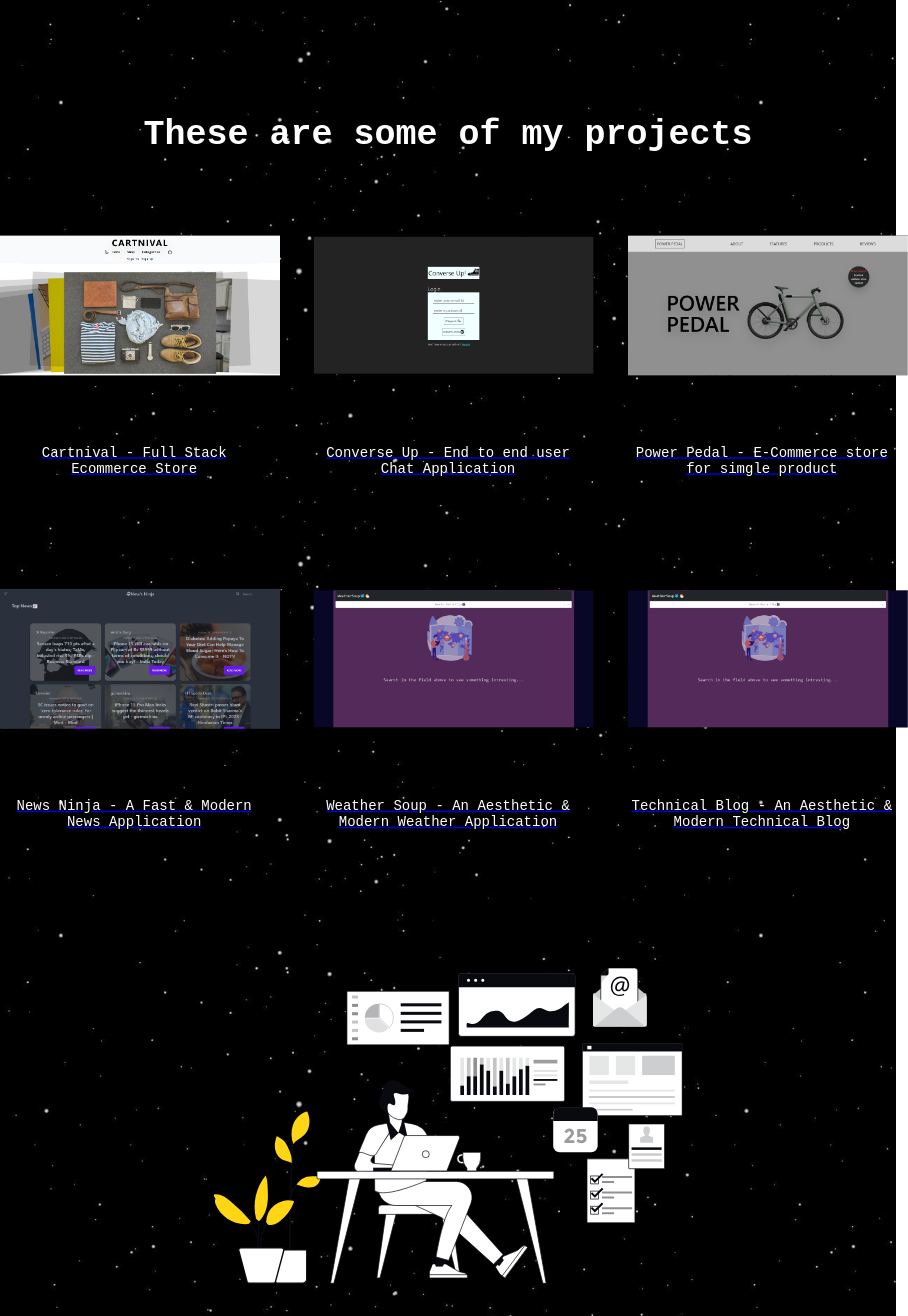
Repository: punitbathija/portfolio
Page: index.html
An editor plug-in stored every save of this project. The page is shown before and after the next save, followed by the edit.
The browser window is 1280 px wide. The page is 1297 px wide, so the pictures cover 1297 px, including what lies to the right of the window. The pictures show the part of the page from y = 626 to 2506 px (the page is 3209 px tall), at 70% of full size.
Some web libraries are served in a nearby version.

Above is the page before, as saved 2023-05-09 18:01:21.

### index.html
<!DOCTYPE html>
<html lang="en">
<head>
    <meta charset="UTF-8">
    <meta http-equiv="X-UA-Compatible" content="IE=edge">
    <meta name="viewport" content="width=device-width, initial-scale=1.0">
    <title>Portfolio</title>
    <link rel="stylesheet" href="style.css">
    <link rel="stylesheet" href="https://use.fontawesome.com/releases/v5.8.2/css/all.css" integrity="sha384-oS3vJWv+0UjzBfQzYUhtDYW+Pj2yciDJxpsK1OYPAYjqT085Qq/1cq5FLXAZQ7Ay" crossorigin="anonymous">
    <link href="https://fonts.googleapis.com/css?family=Poppins:200i,300,400&amp;display=swap" rel="stylesheet">
</head>
<body>

<nav id="navbar">
        <ul id="navul">
            <li>
                <a href="#welcome-section" >About</a>
            </li>
            <li>
                <a href="#projects">Projects</a>
            </li>
            <li>
                <a href="#contact">Connect</a>
            </li>
        </ul>
    </nav>
    <section id="welcome-section">
        <div class="divide">
        <img src="./assets/design.gif" alt=""  class="dev">
        <h1>Hi,<br>
            I'm <span class="p">P</span>unit</h1>
    </div>
        <div class="hero">
        <img src="./assets/reshot-icon-code-X9J28UENTL.svg" alt="" class="code">
        <p id="ab"> A front-end developer</p>
        </div>
        <p class="fact" id="fact">⚡Amazing Fact my first words were <span class="cyan">" <button class="tap" id="reveal"></span>Tap to reveal</button> "</p>
    </section>
    <section id="projects">
        <h2 id="projects-header">These are some of my projects</h2>
        <div id="project-grid">
            <a href="https://cartnival.netlify.app/" target="_blank" class="project-tile">
                <img class="project-image" src="./assets/cartnival.png" alt="project">
             <p class="project-title">
                Cartnival - Full Stack Ecommerce Store</p>
            </a>
            <a href="https://converseup.netlify.app/" target="_blank" class="project-tile">
                <img class="project-image" src="./assets/Coverse Uo.png" alt="project">
             <p class="project-title">
                Converse Up - End to end user Chat Application</p>
            </a>
            <a href="https://power-pedal.vercel.app/" target="_blank" class="project-tile">
                <img class="project-image" src="./assets/powerpedal.png" alt="project">
             <p class="project-title">
                Power Pedal - E-Commerce store for simgle product</p>
            </a>

            <a href="https://news-ninja.vercel.app/" target="_blank" class="project-tile">
                <img class="project-image" src="./assets/newsninja'.png" alt="project">
             <p class="project-title">
                News Ninja - A Fast & Modern News Application</p>
            </a>


            <a href="https://weathersoup.netlify.app/" target="_blank" class="project-tile">
                <img class="project-image" src="./assets/weathersoup.png" alt="project">
             <p class="project-title">
                Weather Soup - An Aesthetic & Modern Weather Application</p>
            </a>

            <a href="https://weathersoup.netlify.app/" target="_blank" class="project-tile">
                <img class="project-image" src="./assets/weathersoup.png" alt="project">
             <p class="project-title">
               Technical Blog - An Aesthetic & Modern Technical Blog</p>
            </a>
        </div>
    </section>
<div class="animation">
<img src="./assets/hero.svg" alt="">
</div>
<section id="contact" class="contact-section">
    <h1 id="con">Let's Work together...</h1>
    <p id="tagl">how do you take your coffee?</p>
    <img src="./assets/reshot-icon-plastic-coffee-cup-FBSWJ874DV.svg" alt="coffee" class="coffee">
    <div class="contact-link">
        <a href="https://github.com/punitbathija" target="_blank" class="btn-con-dtl" id="profile-link">
            <i class="fab fa-github"></i>
             GitHub
        </a>
        <a href="https://twitter.com/PunitBathija?t=qo0yAGF4x_bwsNcVdkM-gg&s=08" target="_blank" class="btn-con-dtl" id="profile-link">
            <i class="fab fa-twitter-square"></i>
             Twitter
        </a>
        <a href="https://twitter.com/PunitBathija?t=qo0yAGF4x_bwsNcVdkM-gg&s=08" target="_blank" class="btn-con-dtl" id="profile-link">
            <i class="fa-brands fa-linkedin-in"></i>
            Linked In
        </a>
        <a href="https://www.facebook.com/punit.bathija.1" target="_blank" class="btn-con-dtl" id="profile-link">
            <i class="fab fa-facebook-square"></i>
             Facebook
        </a>
        <a href="mailto: punitbathija@gmail.com" target="_blank" class="btn-con-dtl" id="profile-link">
            <i class="fas fa-at"></i>
             Send an email
        </a>
        <a href="tel: +91 8080110389" target="_blank" class="btn-con-dtl" id="profile-link">
            <i class="fas fa-mobile-alt"></i>
             Call us at
        </a>
    </div>
</section>
<script src="./index.js"></script>
</body>
</html>

### style.css
*{
    font-family: monospace;
    cursor: default;
}
body{
    margin: 0;
    padding: 0;
}#navbar
{

    display: flex;
    justify-content: flex-end;
    padding: 10px;
    position: fixed;
    height: 60px;
    top: 0;
    left: 0;
    width: 100%;
    background-color:#00af9c;
}
#navul
{
    display: flex;
}
li
{
    display: block;
    font-size: 26px;
    padding: 12px;
}
#navul a
{
    color: white;
    font-family: monospace;
    font-weight: bolder;
    text-decoration: none;
    font-size: 22px;
}

#navul a:hover
{
    color: white;
    font-family: monospace;
    font-weight: bolder;
    font-size: 22px;
    text-decoration: underline;
}

#welcome-section
{
    background-image: url(./assets/bg.jpg);
    display: flex;
    flex-direction: column;
    justify-content: center;
    align-items: center;
    width: 100%;
    height: 100vh;
}

.divide{
    display: flex;
    gap: 50px;
}

.hero{
    display: flex;
    justify-content: space-around;
    gap: 50px;
}
h1
{
    font-family: monospace;
    font-size: 85px;
    color: white;
    cursor:default;
}
h1:hover{
    text-decoration: underline;
    color: #00af9c;
}

.p{
    color: #00af9c;
}

.p:hover{
    color: white;
}
#ab
{

    font-family: monospace;
    font-size: 35px;
    color: #00af9c;
    cursor:default;
}

#ab:hover{
    text-decoration: underline;
    color: white;
}

#projects
{
    background-image: url(./assets/bg.jpg);
    display: flex;
    flex-direction: column;
    justify-content: center;
    align-items: center;
}
#projects-header
{
    font-family: monospace;
    font-size: 50px;
    color: white;
    margin-top: 70px;
    margin-bottom: 40px;
    text-decoration: none;
    list-style: none;
}
#project-grid
{
    display: grid;
    grid-template-columns: repeat(auto-fit, minmax(320px, 1fr));
    grid-gap: 5rem;
    width: 100%;
    max-width: 1280px;
    margin: 0 auto;
    margin-bottom: 6rem;
  }

.project-image

  {
    height: 350px;
    width: 400px;
    object-fit: contain;
    background: var(--main-blue);
    border-radius: 15px;
  }


.project-title
{
    font-family: monospace;
    color: white;
    font-size: 20px;
    text-align: center;
}
#contact
{
        display: flex;
        flex-direction: column;
        justify-content: center;
        align-items: center;
        text-align: center;
        width: 100%;
        height: 90vh;
    background-color: #090e11;

}
#con
{
    font-family: monospace;
    font-size: 55px;
    color: white;
}
#tagl
{
    font-family: monospace;
    font-size: 35px;
    color: #00af9c;

}
i
{
    font-size: large;
    color:white;
    padding: 25px;
}
#profile-link
{
    color:white;
    font-family: monospace;
    font-weight: bolder;
    font-size: 16px;
}

.code{
    width: 100px;

}

.coffee{
    height: 150px;
    width: 150px;
}

.animation{
    height: 90vh;
    background-image: url(./assets/bg.jpg);
    display: flex;
    justify-content: center;
    align-items: center;
    margin: auto;
}

.dev{
    width: 300px;
}

@media screen and (max-width:415px){
    .navulcd{
        display: flex;
        flex-direction: column;
    }
}
.fact{
    color: white;
    font-size: 25px;
    font-weight: bold;
    background-color: #090e11;
}

.cyan{
    color: #00af9c;
}

.tap{
    background-color: transparent;
    color:#00af9c;
    border: 1px solid white;
    font-size: 25px;
    background-color: #090e11;
}

### index.js
let reveal = document.getElementById("reveal");

reveal.addEventListener("click", function populateFact() {
  reveal.innerHTML = "Hello World";
  setInterval(() => {
    reveal.innerHTML = "Tap to reveal";
  }, 5000);
});

After the next save:
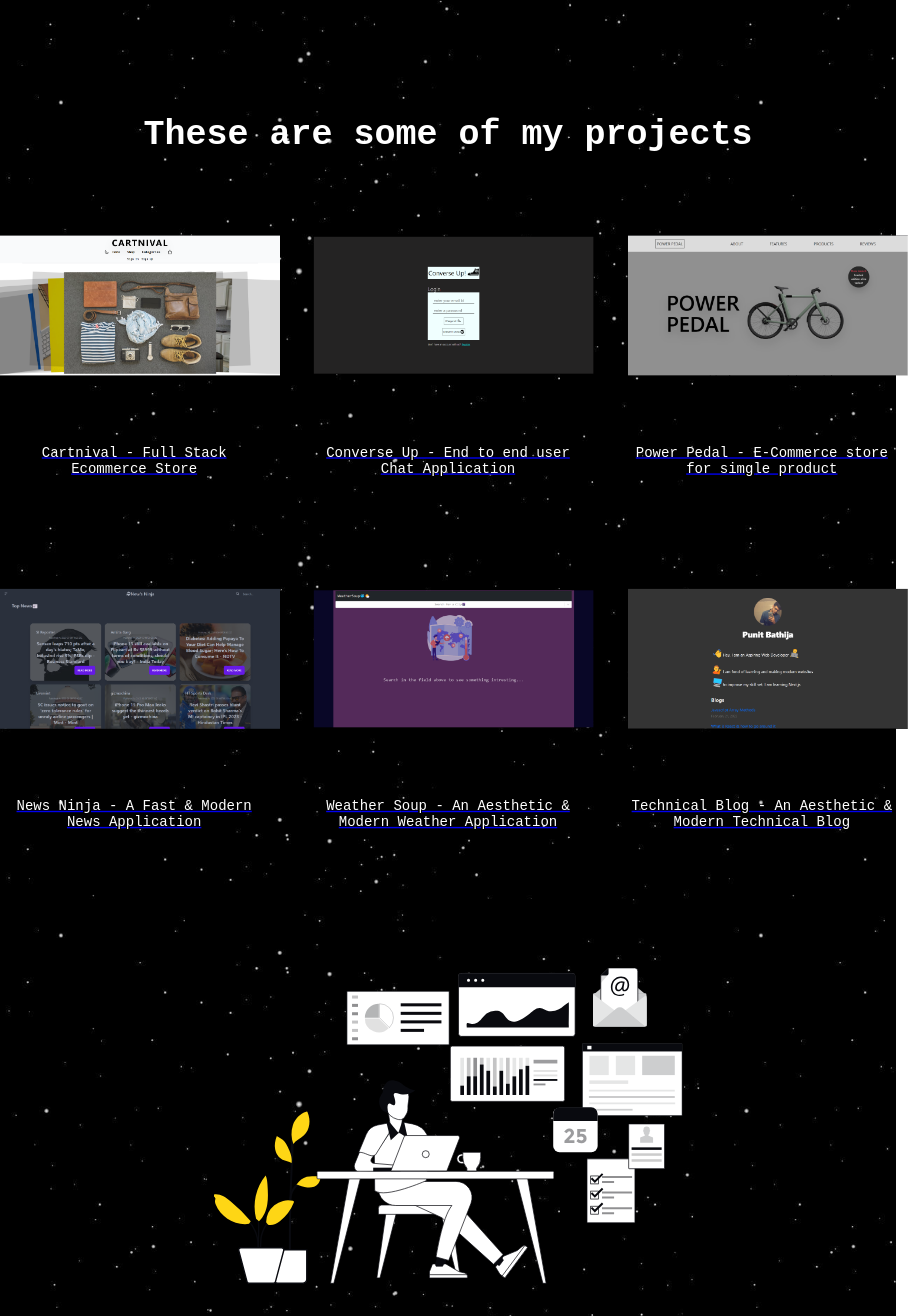
Saved 2 min 12 s later.
--- a/index.html
+++ b/index.html
@@ -68,8 +68,8 @@
                 Weather Soup - An Aesthetic & Modern Weather Application</p>
             </a>
 
-            <a href="https://weathersoup.netlify.app/" target="_blank" class="project-tile">
-                <img class="project-image" src="./assets/weathersoup.png" alt="project">
+            <a href="https://punit-tech-articles.vercel.app/" target="_blank" class="project-tile">
+                <img class="project-image" src="./assets/blogapp.png" alt="project">
              <p class="project-title">
                Technical Blog - An Aesthetic & Modern Technical Blog</p>
             </a>
